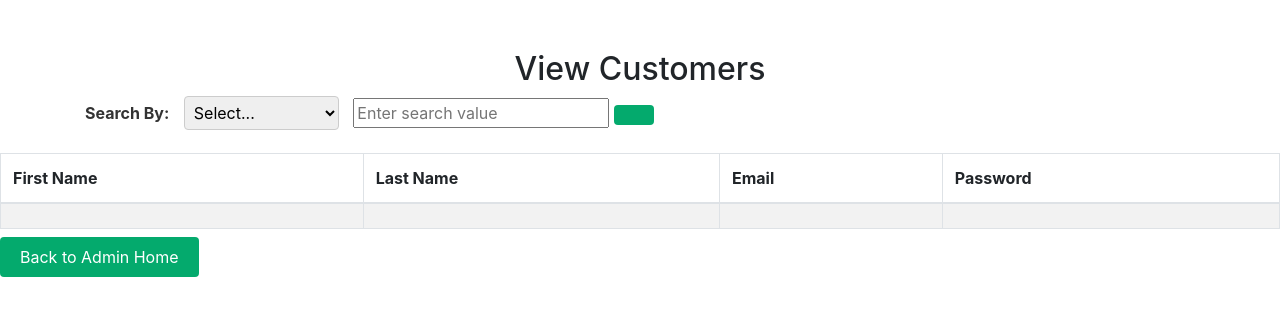
Repository: SuyashAwasthy/Javaee
Page: http://localhost/13-bank-application-mvc/viewCustomer.jsp
The author's editor kept a copy of each file at every save. The page is drawn from the files as they stood at one save, then again after the next save.
The browser window is 1280 px wide. The pictures show the whole page.
The page is served by Tomcat 9. Other server files are loaded and not shown. The template is opened directly, without the code that normally fills it, so the values that code supplies are empty.

Above is the page before, as saved 2024-07-22 09:51:43.

### 13-bank-application-mvc/WebContent/viewCustomer.jsp
<%@ page language="java" contentType="text/html; charset=UTF-8"
	pageEncoding="UTF-8"%>
<!DOCTYPE html>
<html>
<head>
<title>View Customers</title>
<link rel="stylesheet" href="css/styles.css">
<link rel="stylesheet"
	href="https://maxcdn.bootstrapcdn.com/bootstrap/4.0.0/css/bootstrap.min.css">
<style>
.container {
	margin-top: 50px;
}

.table {
	margin-top: 20px;
}
</style>
</head>
<body>

	<div class="container">
		<h2 class="text-center">View Customers</h2>
		<form action="searchCustomer" method="get" class="search-form">
            <label for="searchBy">Search By:</label>
            <select id="searchBy" name="searchBy" required>
                <option value="">Select...</option>
                <option value="customerId">Customer ID</option>
                <option value="customerName">Customer Name</option>
            </select>

            <input type="text" id="searchValue" name="searchValue" placeholder="Enter search value" required>

            <button type="submit" class="btn"
		<div class="text-right mb-3"></div>
		<table class="table table-bordered table-striped">
			<thead>
				<tr>
					<th>First Name</th>
					<th>Last Name</th>
					<th>Email</th>
					<th>Password</th>
				</tr>
			</thead>
			<tbody>
				<c:forEach var="customer" items="${customers}">
					<tr>
						<td>${customer.firstName}</td>
						<td>${customer.lastName}</td>
						<td>${customer.email}</td>
						<td>${customer.passsword}</td>
					</tr>
				</c:forEach>
			</tbody>
		</table>
		<a href="adminHome.jsp" class="button">Back to Admin Home</a>
	</div>
</body>
</html>

### 13-bank-application-mvc/WebContent/css/styles.css
.button {
  padding: 10px 20px;
    background-color: #04AA6D;
    color: white;
    border: none;
    border-radius: 4px;
    font-size: 16px;
    cursor: pointer;
    transition: background-color 0.3s ease;

}

.button:hover {
    background-color: #45a049;
}

.date-form {
    margin-bottom: 20px;
}

.date-form label {
    margin-right: 10px;
    font-weight: bold;
    color: #333;
}

.date-form input[type="date"] {
    margin-right: 10px;
    padding: 5px;
    border-radius: 4px;
    border: 1px solid #ccc;
}

.date-form .btn {
    padding: 10px 20px;
    background-color: #04AA6D;
    color: white;
    border: none;
    border-radius: 4px;
    font-size: 16px;
    cursor: pointer;
    transition: background-color 0.3s ease;
}

.date-form .btn:hover {
    background-color: #45a049;
}

.search-form {
    margin-bottom: 20px;
}

.search-form label {
    margin-right: 10px;
    font-weight: bold;
    color: #333;
}

.search-form select {
    margin-right: 10px;
    padding: 5px;
    border-radius: 4px;
    border: 1px solid #ccc;
}

.search-form .btn {
    padding: 10px 20px;
    background-color: #04AA6D;
    color: white;
    border: none;
    border-radius: 4px;
    font-size: 16px;
    cursor: pointer;
    transition: background-color 0.3s ease;
}

.search-form .btn:hover {
    background-color: #45a049;
}

After the next save:
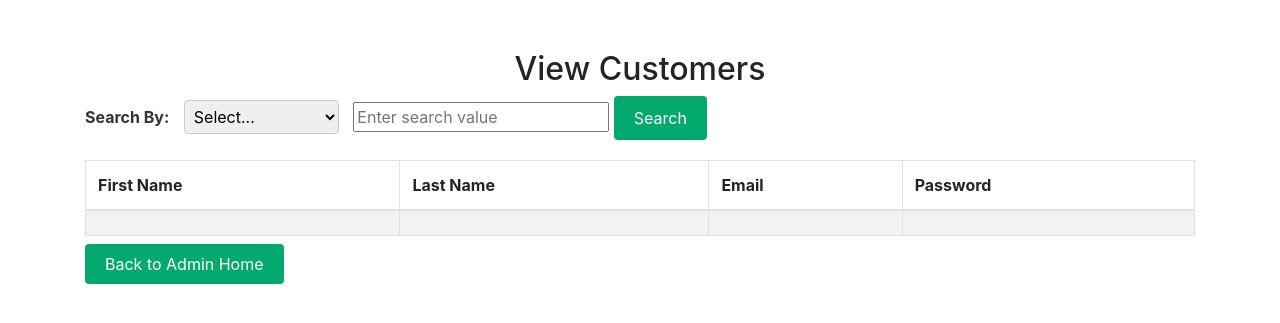
Saved 44 s later.
--- a/13-bank-application-mvc/WebContent/viewCustomer.jsp
+++ b/13-bank-application-mvc/WebContent/viewCustomer.jsp
@@ -31,7 +31,8 @@
 
             <input type="text" id="searchValue" name="searchValue" placeholder="Enter search value" required>
 
-            <button type="submit" class="btn"
+            <button type="submit" class="btn">Search</button>
+        </form>
 		<div class="text-right mb-3"></div>
 		<table class="table table-bordered table-striped">
 			<thead>
